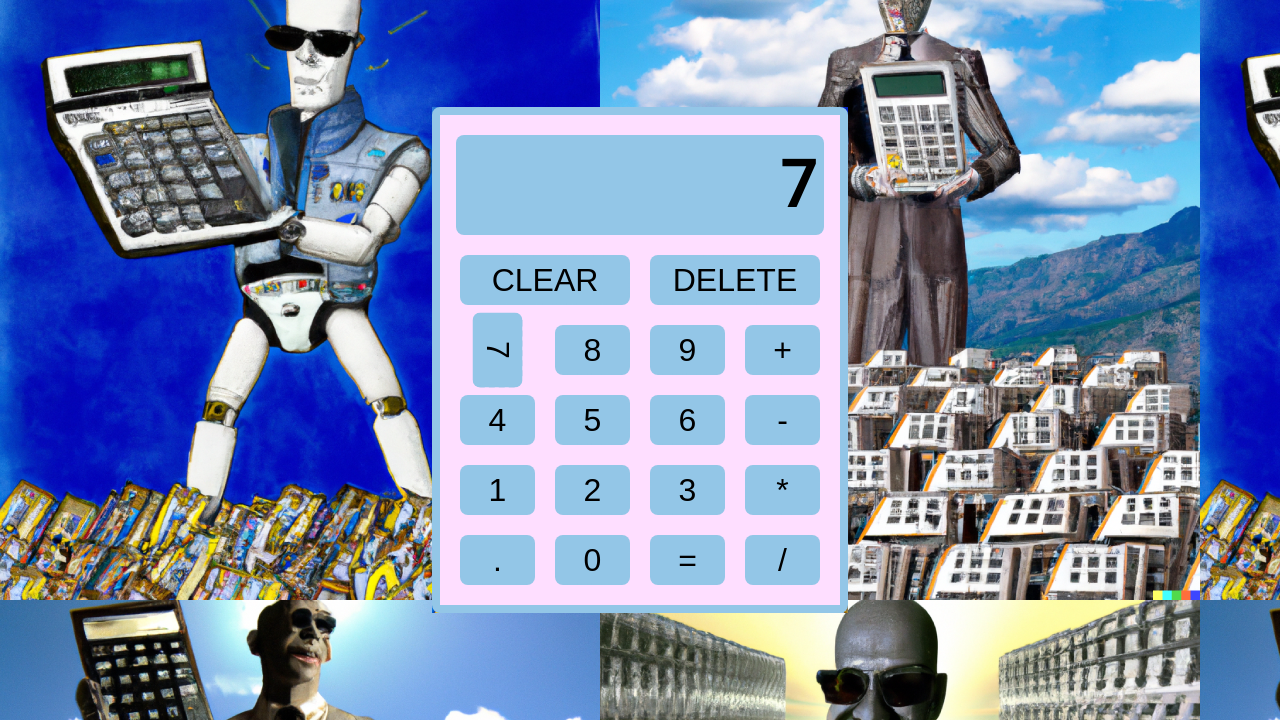
Repository: yeetzpxoci/calculator
Page: index.html
The author's editor kept a copy of each file at every save. The page is drawn from the files as they stood at one save, then again after the next save.
The browser window is 1280 px wide. The pictures show the whole page.
After loading, the first visible `button.number-button` was clicked once.

Above is the page before, as saved 2023-02-05 14:06:21.

### index.html
<!doctype html>
<html lang="en">

<head>
    <meta charset="utf-8">
    <title>CALC YA LATER</title>
    <meta name="calculator" content="calculates">
    <link rel="stylesheet" href="style.css">
    <link rel="preconnect" href="https://fonts.googleapis.com">
    <link rel="preconnect" href="https://fonts.gstatic.com" crossorigin>
    <link href="https://fonts.googleapis.com/css2?family=Roboto&display=swap" rel="stylesheet">

</head>

<body>
    <div class="calculator-container">
        <div id="display" class="display">
            1234
        </div>
        <div class="button-container">
            <button class="clear-button">CLEAR</button>
            <button class="delete-button">DELETE</button>
            <button class="number-button">7</button>
            <button class="number-button">8</button>
            <button class="number-button">9</button>
            <button class="operator-button">+</button>
            <button class="number-button">4</button>
            <button class="number-button">5</button>
            <button class="number-button">6</button>
            <button class="operator-button">-</button>
            <button class="number-button">1</button>
            <button class="number-button">2</button>
            <button class="number-button">3</button>
            <button class="operator-button">*</button>
            <button class="floating-point">.</button>
            <button class="number-button">0</button>
            <button class="equal-button">=</button>
            <button class="operator-button">/</button>
        </div>
    </div>
</body>

<script src="script.js"></script>

</html>

### style.css
html, body {
    background-image: url("ab4.png");
    display: flex;
    min-height: 100%;
    justify-content: center;
    align-items: center;
}

.calculator-container {
    background-color: #FEDEFF;
    height: 490px;
    width: 400px;
    border-radius: 8px;
    border-width: 8px;
    border-style: solid;
    border-color: #93C6E7;
    display: flex;
    flex-direction: column;
    flex-wrap: wrap;
    justify-content: flex-start;
    align-items: center;
}

.display {
    background-color: #93C6E7;
    height: 100px;
    width: 360px;
    border-radius: 8px;
    display: flex;
    justify-content: flex-end;
    align-items: center;
    font-size: 64px;
    font-family: Roboto;
    font-weight: 900;
    padding-right: 8px;
    margin-top: 20px;
}

.button-container {
    display: flex;
    flex-wrap: wrap;
    align-items: center;
    justify-content: space-around;
    gap: 20px;
    margin: 20px;
}

.clear-button, .delete-button {
    font-size: 32px;
    height: 50px;
    width: 170px;
    border-style: dashed;
    border-radius: 8px;
    border-color: #93C6E7;
    background-color: #93C6E7;
}

.number-button, .operator-button, .equal-button, .floating-point {
    height: 50px;
    width: 75px;
    font-size: 32px;
    border-style: dashed;
    border-radius: 8px;
    border-color: #93C6E7;
    background-color: #93C6E7;
}

### script.js
function add(a, b) {
    return a + b
}

function subtract(a, b) {
    return a - b
}

function multiply(a, b) {
    return a * b
}

function divide(a, b) {
    return a / b
}

function operate(operator, a, b) {
    switch (operator) {
        case '+': result = add(a, b); break;
        case '-': result = subtract(a, b); break;
        case '*': result = multiply(a, b); break;
        case '/': result = divide(a, b); break;
    }
    return result;
}

var first_value = 0;
var second_value = 0;
var current_operator = "";

const display = document.getElementById("display")
display.innerHTML = ""

document.querySelectorAll(".number-button").forEach(function(element) {
    element.addEventListener("click", function () {
        this.style.transform = "rotate(90deg)";
        if (display.innerHTML === current_operator) {
            display.innerHTML = "";
            display.innerHTML = display.innerHTML + this.innerHTML;
        } else {
            display.innerHTML = display.innerHTML + this.innerHTML;
        }
    })
})

document.querySelectorAll(".operator-button").forEach(function (element) {
    element.addEventListener("click", function () {
        if (current_operator === "") {
            first_value = parseFloat(display.innerHTML);
            display.innerHTML = this.innerHTML;
        } else {
            display.innerHTML = this.innerHTML;
        }
        current_operator = display.innerHTML;
    })
})

document.querySelector(".clear-button").addEventListener("click", function () {
    display.innerHTML = ""
    var first_value = 0;
    var second_value = 0;
    var current_operator = "";
;})

document.querySelector(".delete-button").addEventListener("click", function () {
    display.innerHTML = display.innerHTML.slice(0, -1);
})

document.querySelector(".floating-point").addEventListener("click", function () {
    display.innerHTML = display.innerHTML + this.innerHTML;
})

document.querySelector(".equal-button").addEventListener("click", function () {
    if (current_operator !== "") {
        second_value = parseFloat(display.innerHTML);
        if (current_operator === "/" && second_value == 0) {
            alert("Error: division by 0 is undefined.");
        } else {
            display.innerHTML = String(Math.round(operate(current_operator, first_value, second_value) * 100) / 100);
        }
    }
    current_operator = "";
})

After the next save:
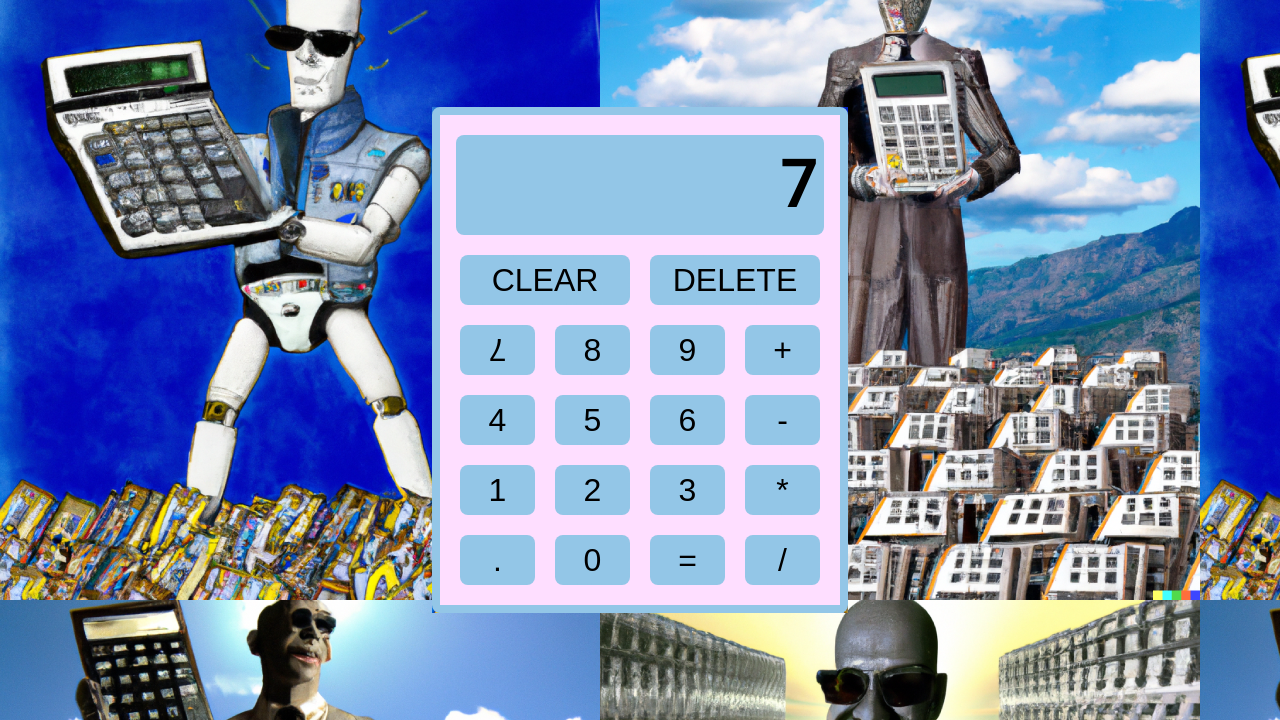
Saved 3 min 21 s later.
--- a/script.js
+++ b/script.js
@@ -33,7 +33,7 @@ display.innerHTML = ""
 
 document.querySelectorAll(".number-button").forEach(function(element) {
     element.addEventListener("click", function () {
-        this.style.transform = "rotate(90deg)";
+        this.style.transform = "rotate(180deg)";
         if (display.innerHTML === current_operator) {
             display.innerHTML = "";
             display.innerHTML = display.innerHTML + this.innerHTML;
